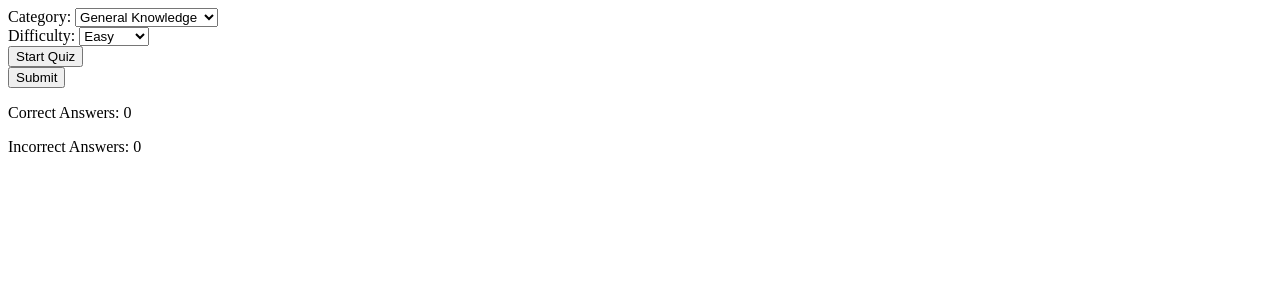
Repository: Kayla-amr/triviaSvelte
Page: /
An editor plug-in stored every save of this project. The page is shown before and after a run of saves, followed by the edit.
The browser window is 1280 px wide. The pictures show the whole page.
The project was rebuilt for these pictures with package versions that can differ from the ones it lists, and the page was loaded fresh each time. The framework's server and built-in components were replaced by stand-ins that run in the browser. Also part of the build but not shown: svelte.config.js, vite.config.js.

Above is the page before, as saved 2023-03-18 09:18:54.

After the next 3 saves:
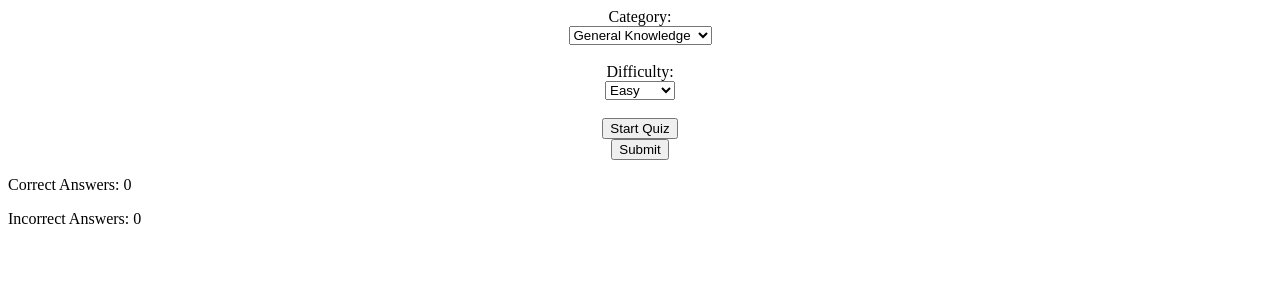
The 3 saves are shown as one change because they came seconds apart.
The last was saved 38 s later.
--- a/src/routes/+page.svelte
+++ b/src/routes/+page.svelte
@@ -96,3 +96,11 @@
 		<p>Incorrect Answers: {incorrectAnswers}</p>
 	</div>
 </div>
+
+<style>
+    form {
+        display: flex;
+        flex-direction: column;
+        align-items: center;
+    }
+</style>
